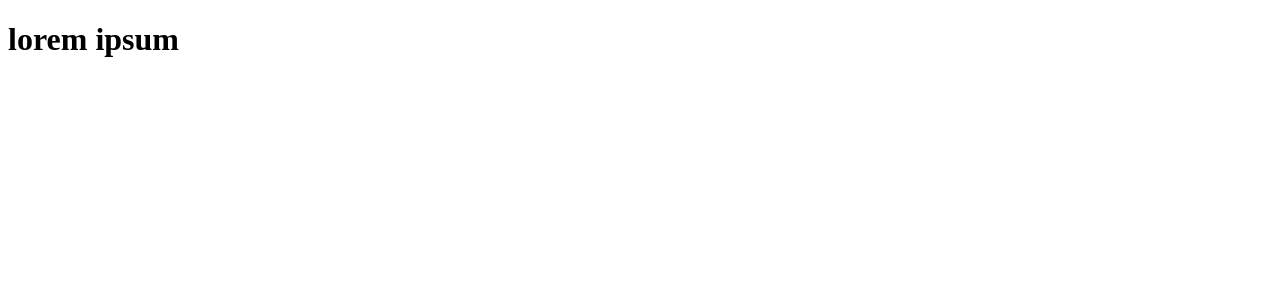
Repository: conchaasensio/ejercicios-en-clase-j
Page: modulo-2/leccion-2.1/ejercicio-6/index.html
The author's editor kept a copy of each file at every save. The page is drawn from the files as they stood at one save, then again after the next save.
The browser window is 1280 px wide. The pictures show the whole page.

Above is the page before, as saved 2020-06-29 17:02:34.

After the next save:
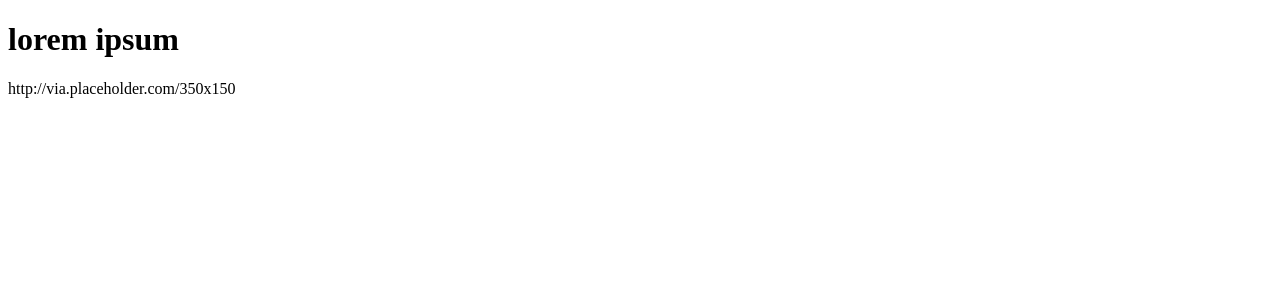
Saved 23 s later.
--- a/modulo-2/leccion-2.1/ejercicio-6/main.js
+++ b/modulo-2/leccion-2.1/ejercicio-6/main.js
@@ -7,8 +7,8 @@ const div = document.querySelector('div');
 
 h1.innerHTML = 'lorem ipsum';
 div.appendChild(h1);
-console.log(h1);
 span.innerHTML = 'http://via.placeholder.com/350x150';
+div.appendChild(span);
 console.log(span);
 p.innerHTML = 'Lorem ipsum dolor sit amet, consectetur adipisicing elit';
 console.log(p);
